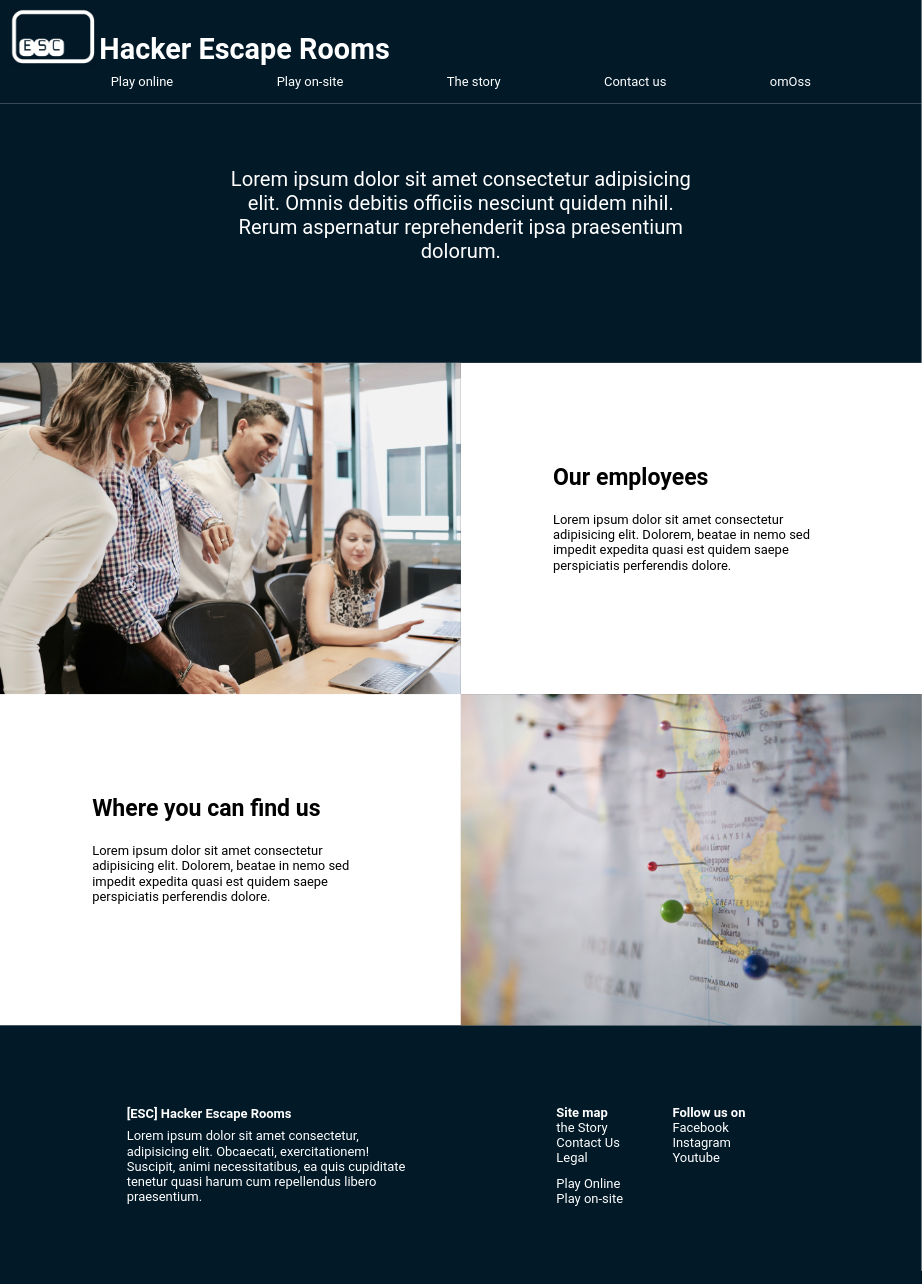
Repository: KarimIsaac/HackerEscapeRooms
Page: src/Pages/aboutus.html
The author's editor kept a copy of each file at every save. The page is drawn from the files as they stood at one save, then again after the next save.
The browser window is 1280 px wide. The pictures show the whole page, at 72% of full size.
The page's requests for data from a server got no answer.

Above is the page before, as saved 2022-06-05 01:34:33.

### src/Pages/aboutus.html
<!DOCTYPE html>
<html lang="en">

<head>
    <meta charset="UTF-8">
    <meta http-equiv="X-UA-Compatible" content="IE=edge">
    <meta name="viewport" content="width=device-width, initial-scale=1.0">
    <!-- stylesheets -->
    <link rel="stylesheet" href="https://use.fontawesome.com/releases/v5.15.4/css/all.css"
        integrity="sha384-DyZ88mC6Up2uqS4h/KRgHuoeGwBcD4Ng9SiP4dIRy0EXTlnuz47vAwmeGwVChigm" crossorigin="anonymous">
    <link rel="stylesheet" href="../css/aboutUsMain.css">
    <link rel="stylesheet" href="https://use.fontawesome.com/releases/v5.15.4/css/all.css"
        integrity="sha384-DyZ88mC6Up2uqS4h/KRgHuoeGwBcD4Ng9SiP4dIRy0EXTlnuz47vAwmeGwVChigm" crossorigin="anonymous">
    <title>[ESC] challenges</title>
</head>

<body class="challengesPage">
    <header>
        <div class="logo-container">
            <picture>
                <img src="../img/esc-logo-img.jpg" alt="ESC logo">
                <source srcset="../img/esc-logo-img-mobile.jpg" media="(max-width: 800px)">
            </picture>
            <div class="logo-header-container">
                <h1>Hacker Escape Rooms</h1>
            </div>
        </div>
        <!-- menu-nav destop/mobile -->
        <nav class="header-nav">
            <ul class=" meny-hover-link">
                <li id="close-menyBtn"> <i class="fas fa-times"></i></li>
                <li><a href="#">Play online</a></li>
                <li><a href="#">Play on-site</a></li>
                <li><a href="#">The story</a></li>
                <li> <a href="#">Contact us</a></li>
                <li> <a href="#">omOss</a></li>
            </ul>
        </nav>
        <button id="meny-btn"> <i class="fas fa-bars"></i></button>
    </header>
    <!-- ==========================  Start of main content  ========================= -->
    <!-- Main content-->
    <section id="story-article-container">
        <div>
            <h2>
                Lorem ipsum dolor sit amet consectetur adipisicing elit.
                Omnis debitis officiis nesciunt quidem nihil.
                Rerum aspernatur reprehenderit ipsa praesentium dolorum.
            </h2>
        </div>
    </section>

    <!-- grid section with articles -->
    <section id="grid-articles-container">
        <!-- img -->
        <picture class="grid-child-img grid-child-one">
            <img src="../img/Aboutus-employee.jpg" alt="image: office workers, in office working, on computer">
        </picture>
        <!-- text article one -->
        <article class="grid-child-text grid-child-two">
            <h2>
                Our employees
            </h2>
            <p>
                Lorem ipsum dolor sit amet consectetur adipisicing
                elit. Dolorem, beatae in nemo sed impedit
                expedita quasi est quidem saepe perspiciatis perferendis dolore.
            </p>
            <div>
            </div>
        </article>
        <!-- img -->
        <picture class="grid-child-img grid-child-three">
            <img src="../img/aboutus-findUs.jpg" alt="image: girl working att desktop-computer">
        </picture>
        <!-- text article two -->
        <article class="grid-child-text grid-child-four">
            <h2>
                Where you can find us
            </h2>
            <p>
                Lorem ipsum dolor sit amet consectetur adipisicing
                elit. Dolorem, beatae in nemo sed impedit
                expedita quasi est quidem saepe perspiciatis perferendis dolore.
            </p>
            <div></div>
        </article>
    </section>
    <!-- ========================= END of main content ========================== -->


    <footer>
        <div class="footer-information-container">
            <h3>[ESC] Hacker Escape Rooms</h3>
            <p>
                Lorem ipsum dolor sit amet consectetur, adipisicing elit. Obcaecati,
                exercitationem! Suscipit, animi necessitatibus, ea
                quis cupiditate tenetur quasi harum cum repellendus libero praesentium.
            </p>
        </div>
        <nav class="footer-nav">
            <!-- first nav-link list -->
            <ul class="meny-hover-link">
                <li class="bold-text">Site map</li>
                <li><a href="#"> the Story </a></li>
                <li><a href="#"> Contact Us</a></li>
                <li><a href="#"> Legal</a></li>
                <li class="margin-up"> <a href="#">Play Online</a></li>
                <li><a href="#"> Play on-site </a></li>
            </ul>
            <!--second nav-link list -->
            <ul class="meny-hover-link">
                <li class="bold-text">Follow us on</li>
                <li><a target="_blank" href="https://www.facebook.com">Facebook</a></li>
                <li><a target="_blank" href="https://www.instagram.com">Instagram</a></li>
                <li><a target="_blank" href="https://www.youtube.com">Youtube</a></li>
            </ul>
        </nav>
    </footer>
    <script type="module" src="../javascript/index.js"></script>
</body>

</html>

Loaded but not shown: src/javascript/functions/bookChallenge.js (123 lines, source omitted); src/javascript/functions/Filter/filterByRating.js (100 lines, source omitted); src/javascript/functions/Filter/filterByTag.js (96 lines, source omitted); src/javascript/functions/Filter/renderFilter.js (62 lines, source omitted); src/javascript/functions/render.js (57 lines, source omitted); src/javascript/functions/Filter/enableFilters.js (39 lines, source omitted); src/javascript/functions/Filter/filterByType.js (45 lines, source omitted); src/javascript/functions/mobileMeny.js (38 lines, source omitted); src/javascript/functions/Filter/renderFilterTags.js (28 lines, source omitted); src/javascript/functions/Filter/filterBySearch.js (26 lines, source omitted); src/javascript/functions/Filter/activeFilterCheck.js (22 lines, source omitted); src/javascript/index.js (26 lines, source omitted); src/javascript/functions/links.js (15 lines, source omitted); src/javascript/functions/renderStars.js (14 lines, source omitted); src/javascript/functions/renderChallenges.js (18 lines, source omitted); src/javascript/functions/noMatch.js (12 lines, source omitted); src/javascript/functions/fetchData.js (8 lines, source omitted); src/css/aboutUsMain.css (1018 lines, source omitted)

After the next save:
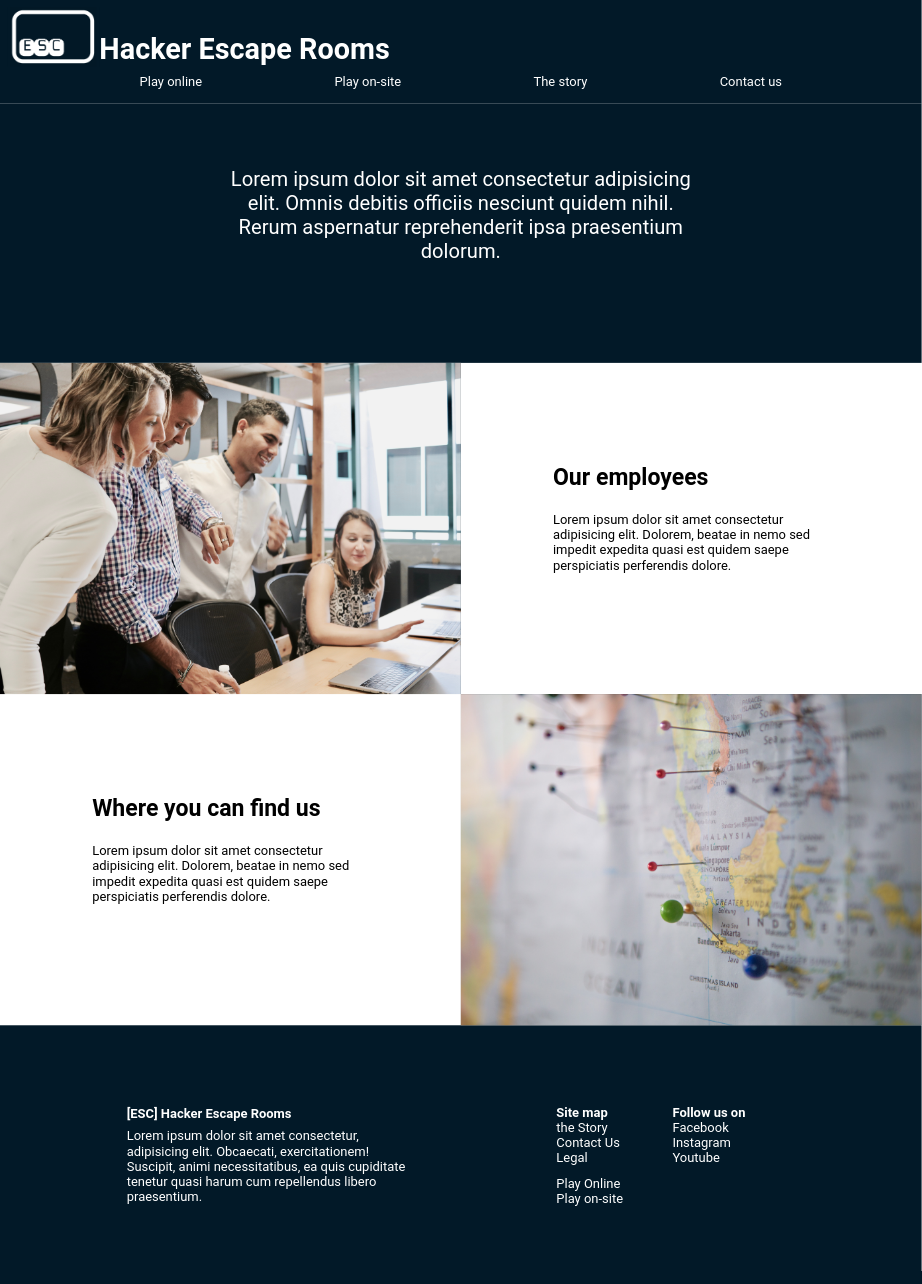
Saved 10 s later.
--- a/src/Pages/aboutus.html
+++ b/src/Pages/aboutus.html
@@ -33,7 +33,7 @@
                 <li><a href="#">Play on-site</a></li>
                 <li><a href="#">The story</a></li>
                 <li> <a href="#">Contact us</a></li>
-                <li> <a href="#">omOss</a></li>
+
             </ul>
         </nav>
         <button id="meny-btn"> <i class="fas fa-bars"></i></button>
